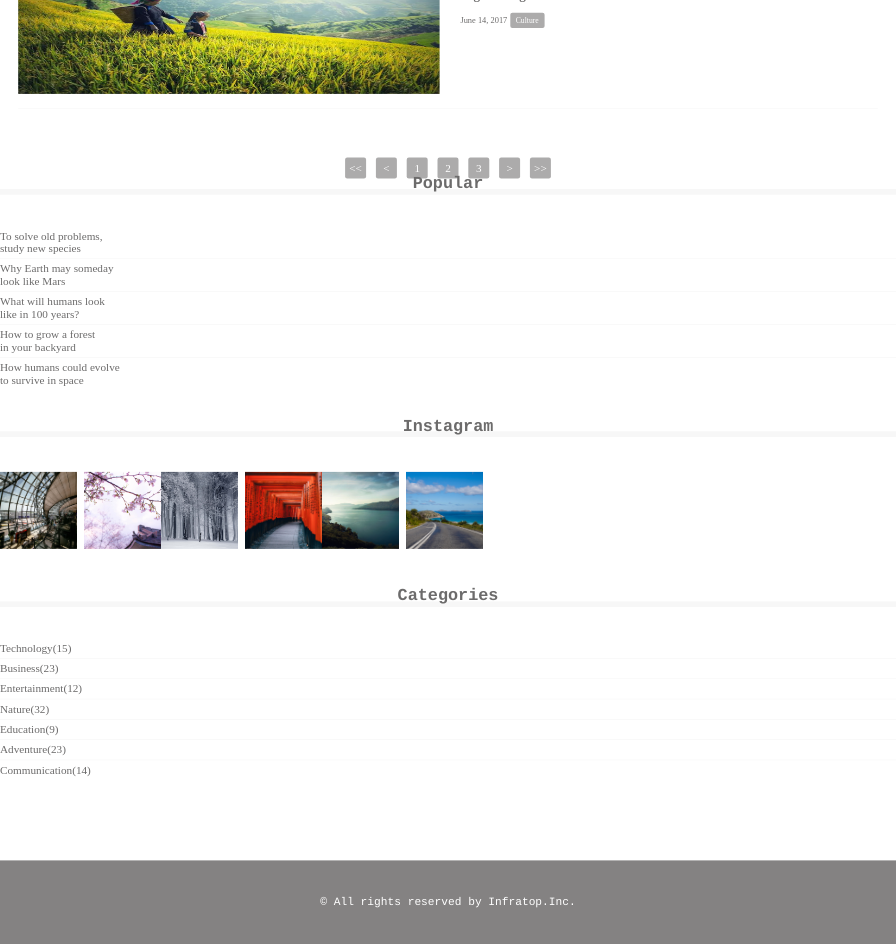
Repository: ego-boosting/html-practice1
Page: caravan/index.html
The author's editor kept a record of every edit. The page is drawn from the files as they stood at one moment, then again after the next edit.
The browser window is 1280 px wide. The pictures show the part of the page from y = 1543 to 3463 px (the page is 2892 px tall before and 4584 px after), at 70% of full size.
Some web libraries are served in a nearby version.

Above is the page before.

After the next edit:
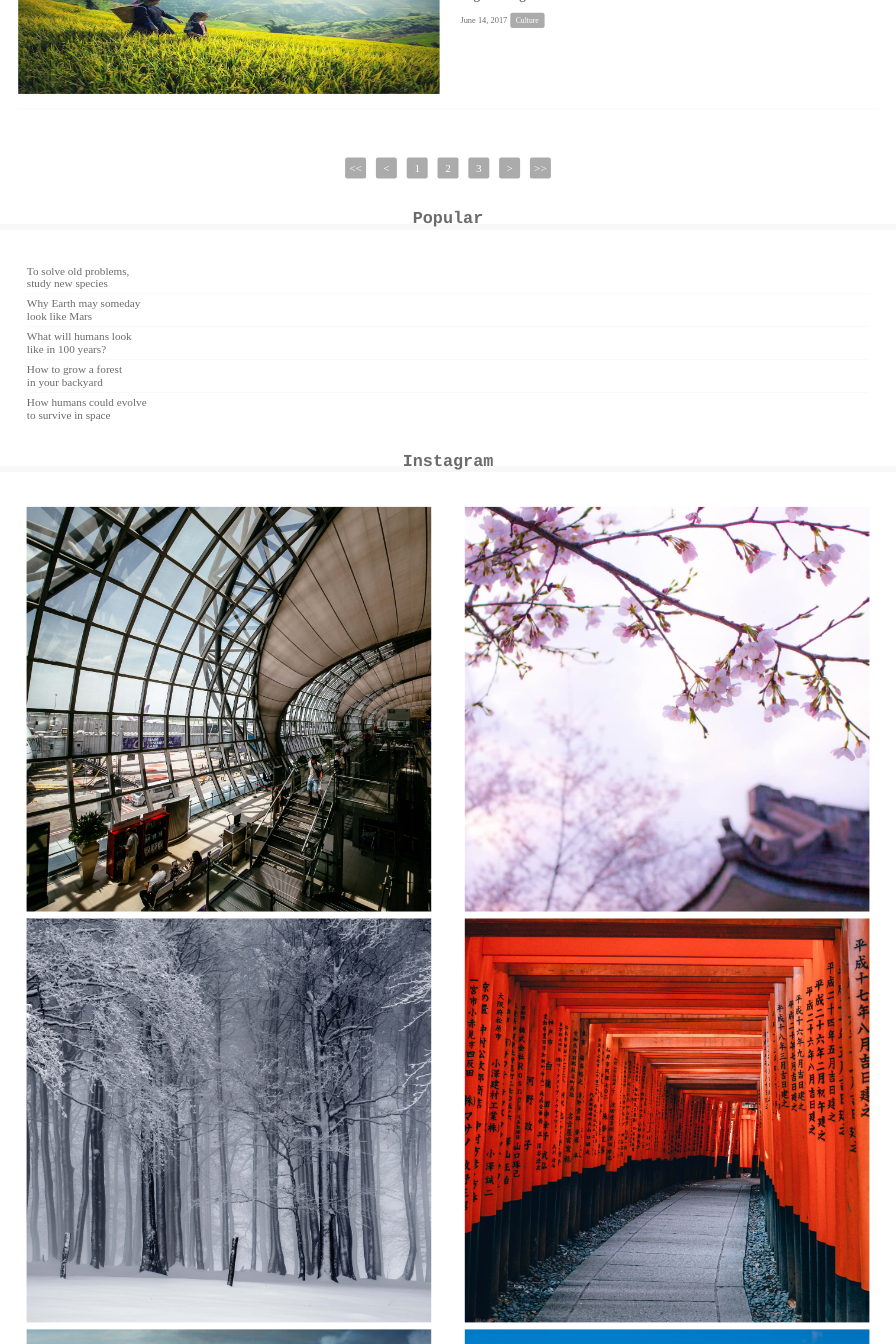
The edit:
--- a/caravan/style.css
+++ b/caravan/style.css
@@ -266,3 +266,21 @@ footer {
   .sidebar {
     width: 100%;
   }
+
+.sidebar-contents {
+    padding-left: 3%;
+    padding-right: 3%;
+  }
+
+  .instagram-box {
+    width: 48%;
+    padding-top: 48%;
+  }
+
+  .instagram-box:nth-child(odd) {
+    margin-right: 4%;
+  }
+
+  .pagination {
+    margin-bottom: 50px;
+  }
